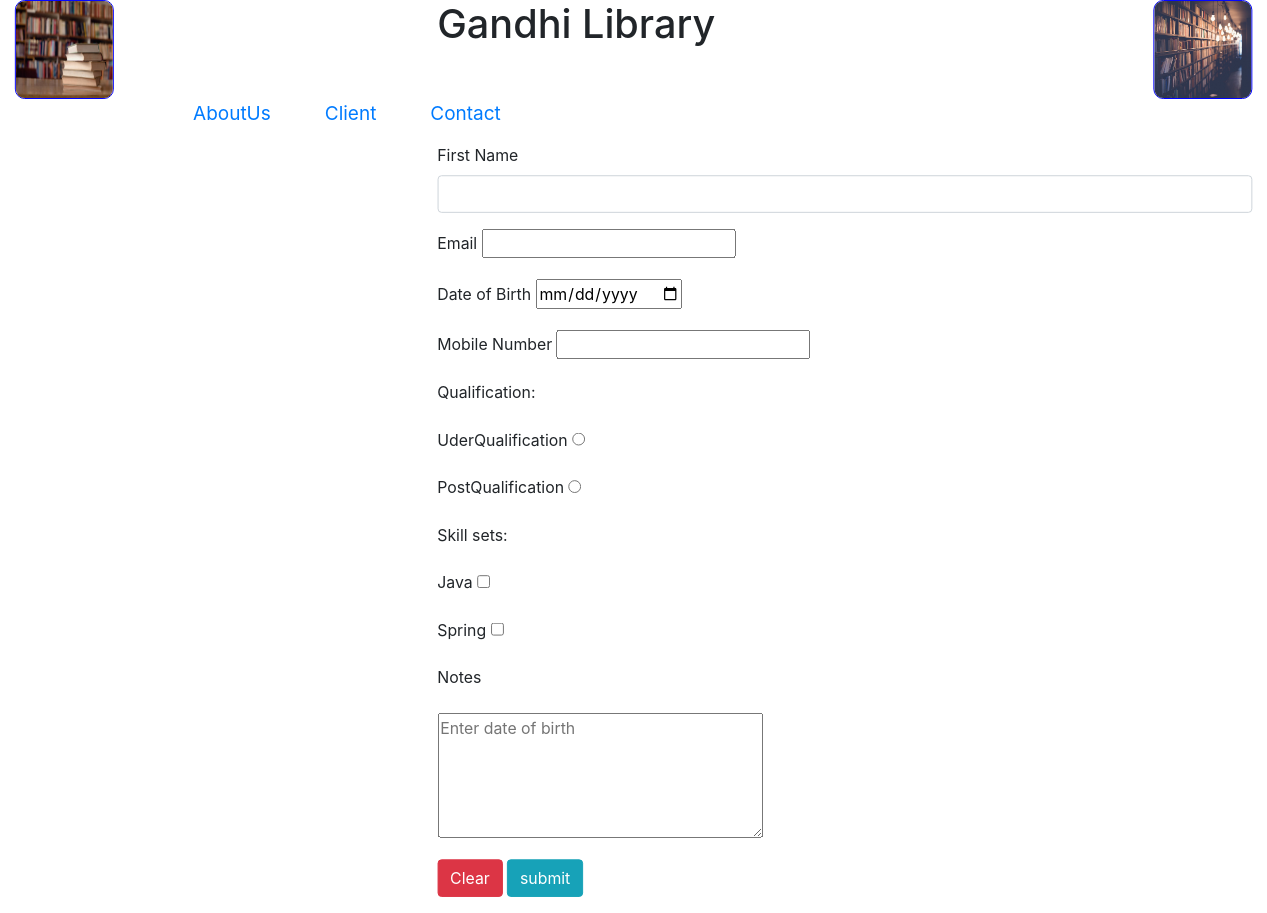
Repository: venkatesakki/JavaDeveloper
Page: css_examples/src/main/webapp/examplebootstrap.html
The author's editor kept a copy of each file at every save. The page is drawn from the files as they stood at one save, then again after the next save.
The browser window is 1280 px wide. The pictures show the whole page, at 99% of full size.

Above is the page before, as saved 2022-06-27 09:44:55.

After the next save:
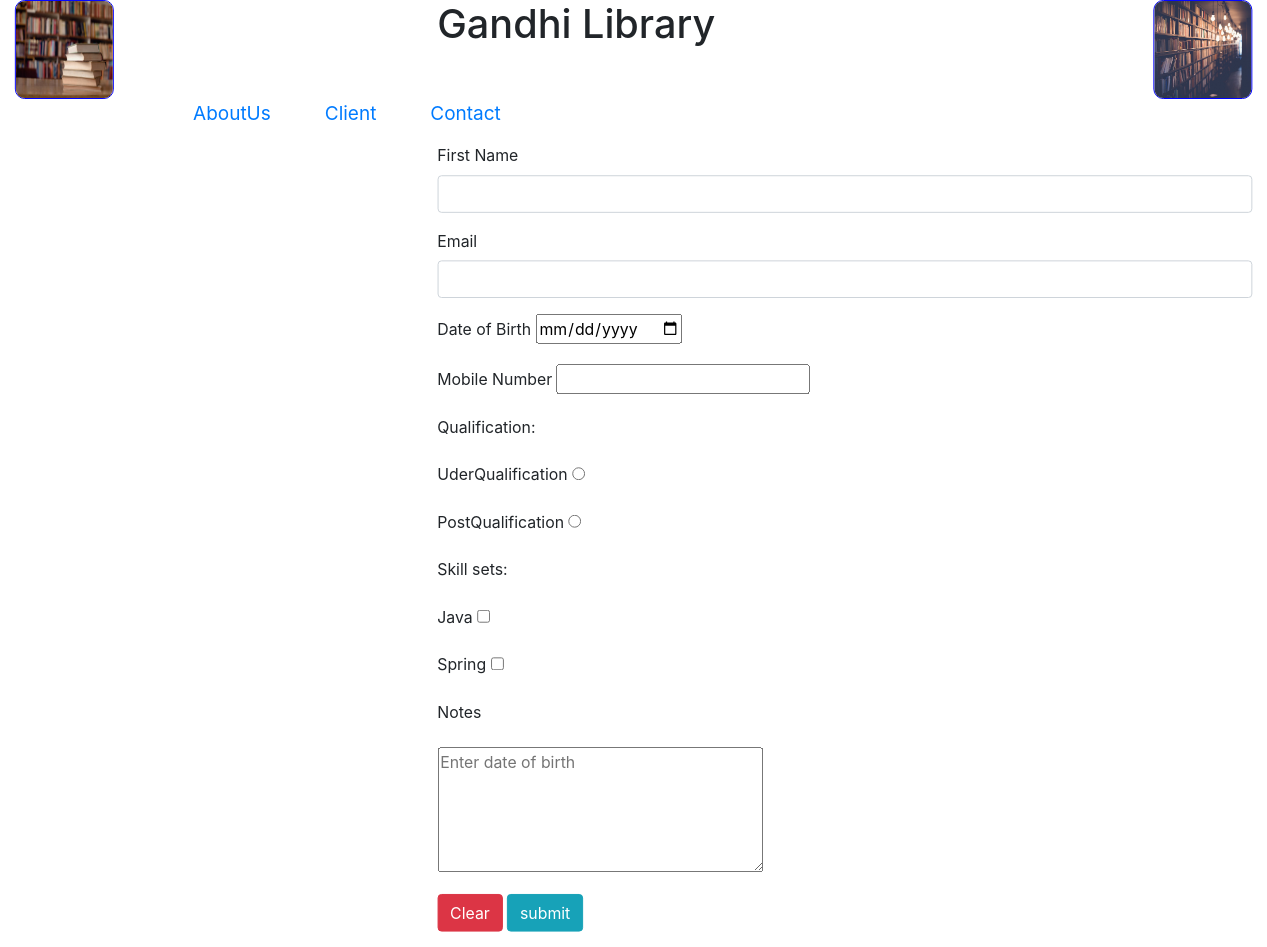
Saved 71 s later.
--- a/css_examples/src/main/webapp/examplebootstrap.html
+++ b/css_examples/src/main/webapp/examplebootstrap.html
@@ -82,7 +82,7 @@ a {
 					</div>
 					<div class="form-group">
 						<label for="email">Email</label> <input type="email" name="email"
-							id="email" multiple="multiple" />
+							id="email" multiple="multiple" class="form-control"/>
 					</div>
 					<div class="form-group">
 						<label for="birthDate">Date of Birth</label> <input type="date"
